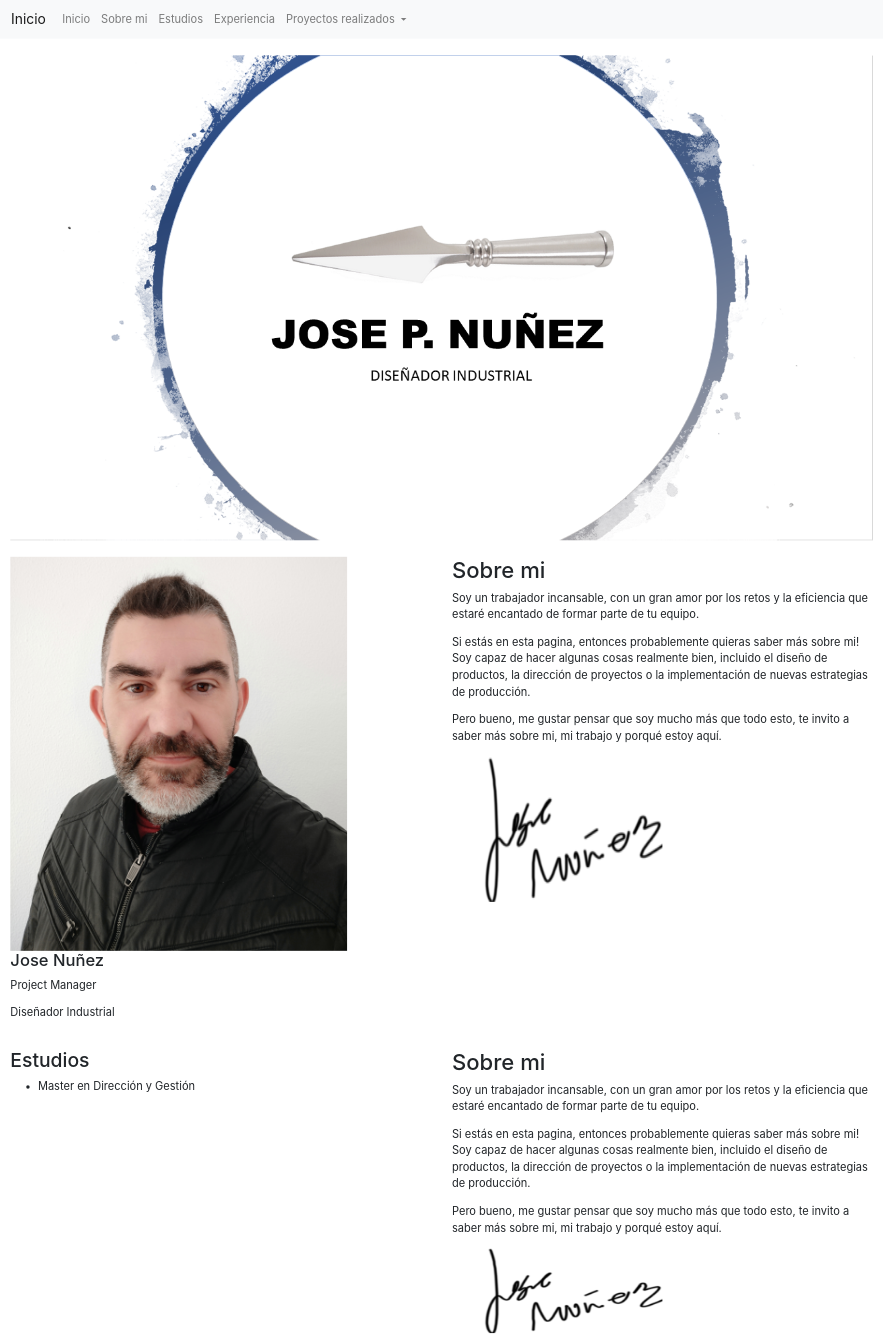
Repository: Hrotgarion1/jose
Page: index.html
An editor plug-in stored every save of this project. The page is shown before and after the next save, followed by the edit.
The browser window is 1280 px wide. The pictures show the whole page, at 69% of full size.

Above is the page before, as saved 2020-09-29 19:11:06.

### index.html
<!DOCTYPE html>
<html lang="en">
<head>
    <meta charset="UTF-8">
    <meta name="viewport" content="width=device-width, user-scalable=no, initial-scale=1.0, maximum-scale=1.0, minimum-scale=1.0">
    <title>josenunez.eu</title>
    <meta name="jose p nunez" content="">
    <link rel="stylesheet" href="css/bootstrap.min.css">
    <!-- Favicon -->
    <link rel="shortcut icon" href="img/LogoPuntaDeLanza.png">
</head>
<body>
    <!--Navegador responsive de la web-->
    <nav class="bg-primary navbar navbar-expand-lg navbar-light bg-light">
        <a class="navbar-brand" href="../jose/index.html">Inicio</a>
        <button class="navbar-toggler" type="button" data-toggle="collapse" data-target="#navbarNavDropdown" aria-controls="navbarNavDropdown" aria-expanded="false" aria-label="Toggle navigation">
          <span class="navbar-toggler-icon"></span>
        </button>

        <div class="collapse navbar-collapse" id="navbarNavDropdown">
          <ul class="navbar-nav">
            <li class="nav-item">
              <a class="nav-link" href="#inicio">Inicio <span class="sr-only">(current)</span></a>
            </li>
            <li class="nav-item">
              <a class="nav-link" href="#sobre">Sobre mi <span class="sr-only">(current)</span></a>
            </li>
            <li class="nav-item">
              <a class="nav-link" href="#cv">Estudios</a>
            </li>
            <li class="nav-item">
              <a class="nav-link" href="#">Experiencia</a>
            </li>
            <li class="nav-item dropdown">
              <a class="nav-link dropdown-toggle" href="#" id="navbarDropdownMenuLink" role="button" data-toggle="dropdown" aria-haspopup="true" aria-expanded="false">
                Proyectos realizados
              </a>
              <div class="dropdown-menu" aria-labelledby="navbarDropdownMenuLink">
                <a class="dropdown-item" href="../jose/solid.html">Diseños con SolidWorks</a>
                <a class="dropdown-item" href="../jose/catia.html">Diseños con Catia V5</a>
                <a class="dropdown-item" href="../jose/projects.html">Proyectos realizados</a>
                <a class="dropdown-item" href="../jose/video.html">Videos</a>
              </div>
            </li>
          </ul>
        </div>
      </nav>
      <br>

      <!--Imagen principal-->
      <div class="container-fluid">
        <section id="inicio">
          <div class="row">
            <div class="col-xs-12 col-sm-12 col-md-12 col-lg-12">
              <img src="img/LogoPuntaDeLanza.png" width="100%" height="100%">
            </div>
          </div>
        </section>
        <br>

        <!--Seccion en la que me presento-->

        <section class="main row" id="sobre">
          <article class="col-xs-12 col-sm-6 col-md-6 col-lg-6">
              <img src="img/Jose1peque.png" width="80%" height="80%">
              <br>
              <h4 class="t-name">Jose Nuñez</h4>
              <p><span class="t-role">Project Manager</span></p>
              <p><span class="t-role">Diseñador Industrial</span></p>

          </article>
          <br>

         <aside class="col-xs-12 col-sm-6 col-md-6 col-lg-6">
          <h2 class="t1-heading">Sobre mi</h2>
                <p>Soy un trabajador incansable, con un gran amor por los retos y la eficiencia que estaré encantado de formar parte de tu equipo.</p>
                <p>Si estás en esta pagina, entonces probablemente quieras saber más sobre mi! Soy capaz de hacer algunas cosas realmente bien, incluido el diseño de productos, la dirección de proyectos o la implementación de nuevas estrategias de producción.</p>
                <p>Pero bueno, me gustar pensar que soy mucho más que todo esto, te invito a saber más sobre mi, mi trabajo y porqué estoy aquí.</p>
                <img src="img/firmajose.png" width="50%" height="30%"alt="J.Nuñez">
       </aside>
        </section>

        <!--Seccion en la que pongo unas listas con mis capacidades y mis estudios-->

        <section class="main row" id="cv">
          <article class="col-xs-12 col-sm-6 col-md-6 col-lg-6">
              <h3>Estudios</h3>
              <ul>
                <li>Master en Dirección y Gestión</li>
              </ul>

          </article>
          <br>

         <aside class="col-xs-12 col-sm-6 col-md-6 col-lg-6">
          <h2 class="t1-heading">Sobre mi</h2>
                <p>Soy un trabajador incansable, con un gran amor por los retos y la eficiencia que estaré encantado de formar parte de tu equipo.</p>
                <p>Si estás en esta pagina, entonces probablemente quieras saber más sobre mi! Soy capaz de hacer algunas cosas realmente bien, incluido el diseño de productos, la dirección de proyectos o la implementación de nuevas estrategias de producción.</p>
                <p>Pero bueno, me gustar pensar que soy mucho más que todo esto, te invito a saber más sobre mi, mi trabajo y porqué estoy aquí.</p>
                <img src="img/firmajose.png" width="50%" height="30%"alt="J.Nuñez">
       </aside>
        </section>



      </div>



    <script src="js/jquery-3.5.1.min.js"></script>
    <script src="js/bootstrap.min.js"></script>



</body>
</html>

Loaded but not shown: css/bootstrap.min.css (library); js/jquery-3.5.1.min.js (library); js/bootstrap.min.js (library)

After the next save:
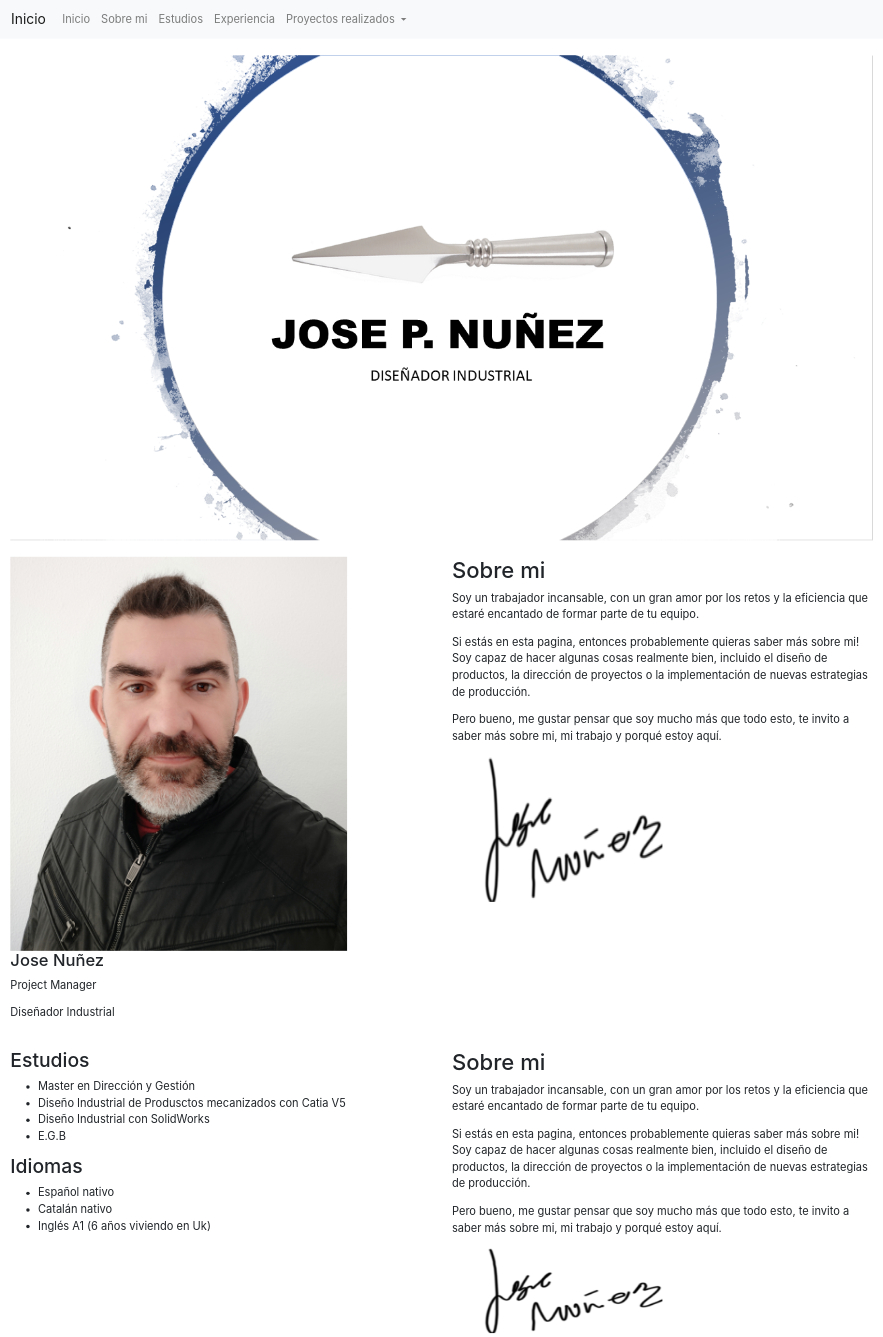
Saved 3 min 49 s later.
--- a/index.html
+++ b/index.html
@@ -87,7 +87,17 @@
               <h3>Estudios</h3>
               <ul>
                 <li>Master en Dirección y Gestión</li>
+                <li>Diseño Industrial de Produsctos mecanizados con Catia V5</li>
+                <li>Diseño Industrial con SolidWorks</li>
+                <li>E.G.B</li>
               </ul>
+              <h3>Idiomas</h3>
+              <ul>
+                <li>Español nativo</li>
+                <li>Catalán nativo</li>
+                <li>Inglés A1 (6 años viviendo en Uk)</li>
+              </ul>
+
 
           </article>
           <br>
